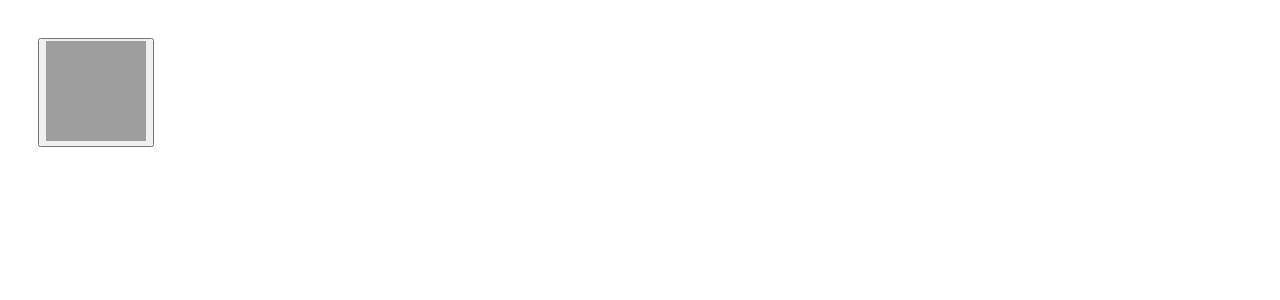
Repository: Gramastha/backup
Page: javascript/JavaScript-Assignment/Q10.html
The author's editor kept a copy of each file at every save. The page is drawn from the files as they stood at one save, then again after the next save.
The browser window is 1280 px wide. The pictures show the whole page.
Pictures or frames that could not be fetched are drawn as grey boxes.

Above is the page before, as saved 2017-01-06 10:22:41.

After the next save:
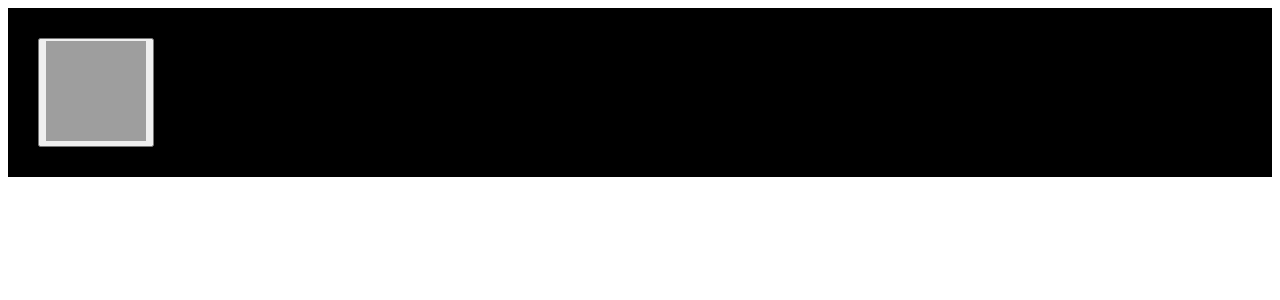
Saved 34 s later.
--- a/javascript/JavaScript-Assignment/Q10.html
+++ b/javascript/JavaScript-Assignment/Q10.html
@@ -29,7 +29,7 @@
 	</script>
 </head>
 <body>
-	<div style="padding:30px;" id="outer">
+	<div style="padding:30px; background-color: black" id="outer">
 	<Button id="inner">
 		<img src='SomeImage.jpg' style="width: 100px; height: 100px;" id="clickimg"></img>
 	</Button>
